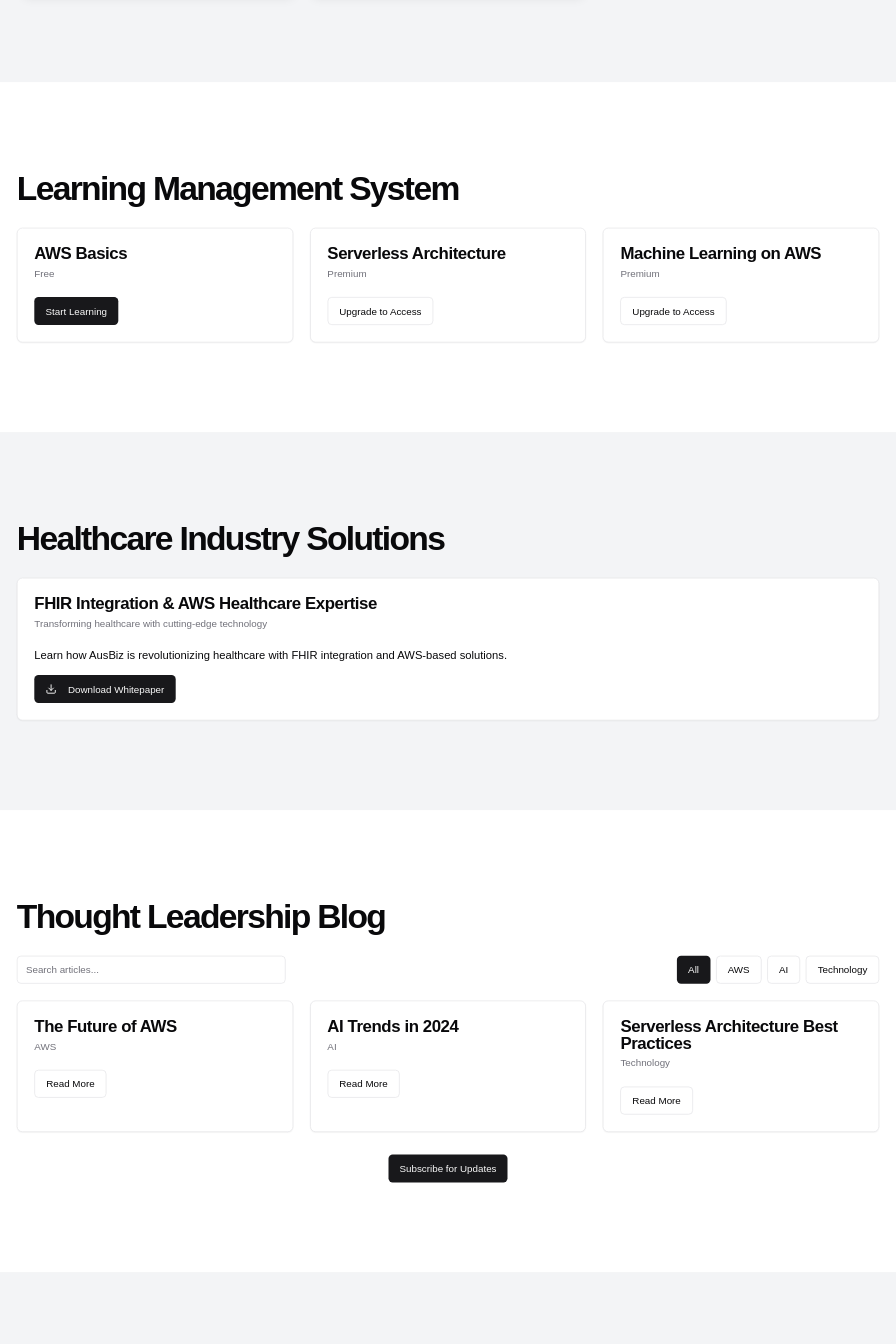
Repository: DiwanMalla/ausbizdemo1
Page: /
An editor plug-in stored every save of this project. The page is shown before and after the next save, followed by the edit.
The browser window is 1280 px wide. The pictures show the part of the page from y = 2396 to 4316 px (the page is 5745 px tall before and 5749 px after), at 70% of full size.
The project was rebuilt for these pictures with package versions that can differ from the ones it lists, and the page was loaded fresh each time. The framework's server and built-in components were replaced by stand-ins that run in the browser. Also part of the build but not shown: next.config.ts.

Above is the page before, as saved 2024-11-09 18:41:00.

### components/ui/button.tsx
import * as React from "react"
import { Slot } from "@radix-ui/react-slot"
import { cva, type VariantProps } from "class-variance-authority"

import { cn } from "@/lib/utils"

const buttonVariants = cva(
  "inline-flex items-center justify-center gap-2 whitespace-nowrap rounded-md text-sm font-medium ring-offset-background transition-colors focus-visible:outline-none focus-visible:ring-2 focus-visible:ring-ring focus-visible:ring-offset-2 disabled:pointer-events-none disabled:opacity-50 [&_svg]:pointer-events-none [&_svg]:size-4 [&_svg]:shrink-0",
  {
    variants: {
      variant: {
        default: "bg-primary text-primary-foreground hover:bg-primary/90",
        destructive:
          "bg-destructive text-destructive-foreground hover:bg-destructive/90",
        outline:
          "border border-input bg-background hover:bg-accent hover:text-accent-foreground",
        secondary:
          "bg-secondary text-secondary-foreground hover:bg-secondary/80",
        ghost: "hover:bg-accent hover:text-accent-foreground",
        link: "text-primary underline-offset-4 hover:underline",
      },
      size: {
        default: "h-10 px-4 py-2",
        sm: "h-9 rounded-md px-3",
        lg: "h-11 rounded-md px-8",
        icon: "h-10 w-10",
      },
    },
    defaultVariants: {
      variant: "default",
      size: "default",
    },
  }
)

export interface ButtonProps
  extends React.ButtonHTMLAttributes<HTMLButtonElement>,
    VariantProps<typeof buttonVariants> {
  asChild?: boolean
}

const Button = React.forwardRef<HTMLButtonElement, ButtonProps>(
  ({ className, variant, size, asChild = false, ...props }, ref) => {
    const Comp = asChild ? Slot : "button"
    return (
      <Comp
        className={cn(buttonVariants({ variant, size, className }))}
        ref={ref}
        {...props}
      />
    )
  }
)
Button.displayName = "Button"

export { Button, buttonVariants }

### components/HeroSection.tsx
import { Button } from "@/components/ui/button";

export default function HeroSection() {
  return (
    <section className="w-full py-12 md:py-24 lg:py-32 xl:py-48">
      <div className="container px-4 md:px-6">
        <div className="flex flex-col items-center space-y-4 text-center">
          <div className="space-y-2">
            <h1 className="text-3xl font-bold tracking-tighter sm:text-4xl md:text-5xl lg:text-6xl/none">
              Generative AI and AWS Expertise
            </h1>
            <p className="mx-auto max-w-[700px] text-gray-500 md:text-xl dark:text-gray-400">
              Empowering businesses with cutting-edge technology solutions
            </p>
          </div>
          <div className="space-x-4">
            <Button>Contact Us</Button>
            <Button variant="outline">Learn More</Button>
          </div>
        </div>
      </div>
    </section>
  );
}

### components/Services.tsx
import {
  Card,
  CardContent,
  CardDescription,
  CardHeader,
  CardTitle,
} from "@/components/ui/card";
import {
  CloudIcon,
  CodeIcon,
  BrainIcon,
  DatabaseIcon,
  SmartphoneIcon,
} from "lucide-react";

const services = [
  {
    title: "Cloud Solutions",
    description: "Scalable and secure AWS cloud infrastructure",
    icon: CloudIcon,
  },
  {
    title: "Full-Stack Development",
    description: "End-to-end web and mobile app development",
    icon: CodeIcon,
  },
  {
    title: "AI Consulting",
    description: "Leverage AI to transform your business",
    icon: BrainIcon,
  },
  {
    title: "Data Engineering",
    description: "Streamlining your data pipelines and architectures",
    icon: DatabaseIcon,
  },
  {
    title: "Mobile Development",
    description: "Developing mobile apps for iOS and Android",
    icon: SmartphoneIcon,
  },
  // More services added...
];

export default function ServicesCarousel() {
  return (
    <section className="w-full py-12 md:py-24 lg:py-32 bg-gray-100 dark:bg-gray-800">
      <div className="container mx-auto px-6 md:px-8">
        <h2 className="text-3xl font-bold tracking-tight sm:text-4xl md:text-5xl mb-8 text-center text-foreground">
          Our Services
        </h2>
        <div className="relative">
          <div className="flex overflow-x-auto pb-10 hide-scroll-bar scroll-smooth px-6 lg:px-12 space-x-6">
            {services.map((service, index) => (
              <Card
                key={index}
                className="flex-none w-64 sm:w-80 lg:w-96 bg-white shadow-lg rounded-lg transition-all duration-300 transform hover:scale-105 hover:shadow-xl"
              >
                <CardHeader className="flex justify-center items-center p-6">
                  <service.icon className="w-14 h-14 text-indigo-600" />
                </CardHeader>
                <CardContent className="px-4 py-3">
                  <CardTitle className="text-lg font-semibold text-foreground">
                    {service.title}
                  </CardTitle>
                  <CardDescription className="text-sm text-foreground/70">
                    {service.description}
                  </CardDescription>
                </CardContent>
              </Card>
            ))}
          </div>
          <div className="absolute top-0 left-0 right-0 bottom-0 bg-gradient-to-r from-transparent via-transparent to-gray-100 pointer-events-none"></div>
        </div>
      </div>
    </section>
  );
}

### components/LMS.tsx
import {
  Card,
  CardContent,
  CardDescription,
  CardHeader,
  CardTitle,
} from "@/components/ui/card";
import { Button } from "@/components/ui/button";

const modules = [
  { title: "AWS Basics", free: true },
  { title: "Serverless Architecture", free: false },
  { title: "Machine Learning on AWS", free: false },
  // Add more modules...
];

export default function LMSSection() {
  return (
    <section className="w-full py-12 md:py-24 lg:py-32">
      <div className="container px-4 md:px-6">
        <h2 className="text-3xl font-bold tracking-tighter sm:text-4xl md:text-5xl mb-8">
          Learning Management System
        </h2>
        <div className="grid gap-6 sm:grid-cols-2 lg:grid-cols-3">
          {modules.map((module, index) => (
            <Card key={index}>
              <CardHeader>
                <CardTitle>{module.title}</CardTitle>
                <CardDescription>
                  {module.free ? "Free" : "Premium"}
                </CardDescription>
              </CardHeader>
              <CardContent>
                <Button variant={module.free ? "default" : "outline"}>
                  {module.free ? "Start Learning" : "Upgrade to Access"}
                </Button>
              </CardContent>
            </Card>
          ))}
        </div>
      </div>
    </section>
  );
}

### components/Healthcare.tsx
import {
  Card,
  CardContent,
  CardDescription,
  CardHeader,
  CardTitle,
} from "@/components/ui/card";
import { Button } from "@/components/ui/button";
import { DownloadIcon } from "lucide-react";

export default function IndustryCallouts() {
  return (
    <section className="w-full py-12 md:py-24 lg:py-32 bg-gray-100 dark:bg-gray-800">
      <div className="container px-4 md:px-6">
        <h2 className="text-3xl font-bold tracking-tighter sm:text-4xl md:text-5xl mb-8">
          Healthcare Industry Solutions
        </h2>
        <Card>
          <CardHeader>
            <CardTitle>FHIR Integration & AWS Healthcare Expertise</CardTitle>
            <CardDescription>
              Transforming healthcare with cutting-edge technology
            </CardDescription>
          </CardHeader>
          <CardContent>
            <p className="mb-4">
              Learn how AusBiz is revolutionizing healthcare with FHIR
              integration and AWS-based solutions.
            </p>
            <Button>
              <DownloadIcon className="mr-2 h-4 w-4" /> Download Whitepaper
            </Button>
          </CardContent>
        </Card>
      </div>
    </section>
  );
}

### components/Blog.tsx
import { useState } from "react";
import {
  Card,
  CardContent,
  CardDescription,
  CardHeader,
  CardTitle,
} from "@/components/ui/card";
import { Input } from "@/components/ui/input";
import { Button } from "@/components/ui/button";

const blogPosts = [
  { title: "The Future of AWS", category: "AWS" },
  { title: "AI Trends in 2024", category: "AI" },
  { title: "Serverless Architecture Best Practices", category: "Technology" },
  // Add more blog posts...
];

export default function BlogSection() {
  const [searchTerm, setSearchTerm] = useState("");
  const [selectedCategory, setSelectedCategory] = useState("All");

  const filteredPosts = blogPosts.filter(
    (post) =>
      post.title.toLowerCase().includes(searchTerm.toLowerCase()) &&
      (selectedCategory === "All" || post.category === selectedCategory)
  );

  return (
    <section className="w-full py-12 md:py-24 lg:py-32">
      <div className="container px-4 md:px-6">
        <h2 className="text-3xl font-bold tracking-tighter sm:text-4xl md:text-5xl mb-8">
          Thought Leadership Blog
        </h2>
        <div className="flex justify-between mb-6">
          <Input
            type="search"
            placeholder="Search articles..."
            className="max-w-sm"
            value={searchTerm}
            onChange={(e) => setSearchTerm(e.target.value)}
          />
          <div className="space-x-2">
            {["All", "AWS", "AI", "Technology"].map((category) => (
              <Button
                key={category}
                variant={selectedCategory === category ? "default" : "outline"}
                onClick={() => setSelectedCategory(category)}
              >
                {category}
              </Button>
            ))}
          </div>
        </div>
        <div className="grid gap-6 sm:grid-cols-2 lg:grid-cols-3">
          {filteredPosts.map((post, index) => (
            <Card key={index}>
              <CardHeader>
                <CardTitle>{post.title}</CardTitle>
                <CardDescription>{post.category}</CardDescription>
              </CardHeader>
              <CardContent>
                <Button variant="outline">Read More</Button>
              </CardContent>
            </Card>
          ))}
        </div>
        <div className="mt-8 text-center">
          <Button>Subscribe for Updates</Button>
        </div>
      </div>
    </section>
  );
}

### components/CorporateTraining.tsx
import {
  Card,
  CardContent,
  CardDescription,
  CardHeader,
  CardTitle,
} from "@/components/ui/card";
import { Input } from "@/components/ui/input";
import { Textarea } from "@/components/ui/textarea";
import { Button } from "@/components/ui/button";
import {
  Select,
  SelectContent,
  SelectItem,
  SelectTrigger,
  SelectValue,
} from "@/components/ui/select";

export default function CorporateTraining() {
  return (
    <section className="w-full py-12 md:py-24 lg:py-32 bg-gray-100 dark:bg-gray-800">
      <div className="container px-4 md:px-6">
        <h2 className="text-3xl font-bold tracking-tighter sm:text-4xl md:text-5xl mb-8">
          Corporate Training
        </h2>
        <Card>
          <CardHeader>
            <CardTitle>Request Customized Training</CardTitle>
            <CardDescription>
              Tailor our training programs to your company's needs
            </CardDescription>
          </CardHeader>
          <CardContent>
            <form className="space-y-4">
              <Input placeholder="Company Name" />
              <Input placeholder="Contact Person" />
              <Input type="email" placeholder="Email" />
              <Select>
                <SelectTrigger>
                  <SelectValue placeholder="Training Format" />
                </SelectTrigger>
                <SelectContent>
                  <SelectItem value="in-person">In-Person</SelectItem>
                  <SelectItem value="remote">Remote</SelectItem>
                </SelectContent>
              </Select>
              <Textarea placeholder="Specific Requirements" />
              <Button type="submit">Submit Request</Button>
            </form>
          </CardContent>
        </Card>
      </div>
    </section>
  );
}

### components/Event.tsx
import {
  Card,
  CardContent,
  CardDescription,
  CardHeader,
  CardTitle,
} from "@/components/ui/card";
import { Button } from "@/components/ui/button";
import { CalendarIcon } from "lucide-react";

const events = [
  { title: "Create an AWS Account", date: "2024-06-15", time: "14:00" },
  { title: "First Lambda Function", date: "2024-06-22", time: "15:30" },
  // Add more events...
];

export default function EventSection() {
  return (
    <section className="w-full py-12 md:py-24 lg:py-32">
      <div className="container px-4 md:px-6">
        <h2 className="text-3xl font-bold tracking-tighter sm:text-4xl md:text-5xl mb-8">
          Upcoming Free Sessions
        </h2>
        <div className="grid gap-6 sm:grid-cols-2 lg:grid-cols-3">
          {events.map((event, index) => (
            <Card key={index}>
              <CardHeader>
                <CardTitle>{event.title}</CardTitle>
                <CardDescription>
                  <CalendarIcon className="inline-block mr-2" />
                  {new Date(`${event.date}T${event.time}`).toLocaleString()}
                </CardDescription>
              </CardHeader>
              <CardContent>
                <Button>Register</Button>
              </CardContent>
            </Card>
          ))}
        </div>
      </div>
    </section>
  );
}

### components/Footer.tsx
import { Button } from "@/components/ui/button";
import {
  FacebookIcon,
  TwitterIcon,
  LinkedinIcon,
  MoonIcon,
  SunIcon,
} from "lucide-react";

export default function Footer({ isDarkMode, toggleDarkMode }) {
  return (
    <footer className="w-full py-6 bg-gray-100 dark:bg-gray-800">
      <div className="container px-4 md:px-6">
        <div className="grid gap-8 sm:grid-cols-2 md:grid-cols-4">
          <div>
            <h3 className="text-lg font-semibold mb-2">About AusBiz</h3>
            <p className="text-sm">
              Empowering businesses with cutting-edge technology solutions
            </p>
          </div>
          <div>
            <h3 className="text-lg font-semibold mb-2">Contact</h3>
            <p className="text-sm">info@ausbiz.com</p>
            <p className="text-sm">+1 (555) 123-4567</p>
          </div>
          <div>
            <h3 className="text-lg font-semibold mb-2">Legal</h3>
            <ul className="space-y-1">
              <li>
                <a href="#" className="text-sm hover:underline">
                  Privacy Policy
                </a>
              </li>
              <li>
                <a href="#" className="text-sm hover:underline">
                  Terms of Service
                </a>
              </li>
            </ul>
          </div>
          <div>
            <h3 className="text-lg font-semibold mb-2">Follow Us</h3>
            <div className="flex space-x-4">
              <a href="#" aria-label="Facebook">
                <FacebookIcon className="w-6 h-6" />
              </a>
              <a href="#" aria-label="Twitter">
                <TwitterIcon className="w-6 h-6" />
              </a>
              <a href="#" aria-label="LinkedIn">
                <LinkedinIcon className="w-6 h-6" />
              </a>
            </div>
          </div>
        </div>
        <div className="mt-8 flex justify-between items-center">
          <p className="text-sm">&copy; 2024 AusBiz. All rights reserved.</p>
          <Button variant="outline" size="icon" onClick={toggleDarkMode}>
            {isDarkMode ? (
              <SunIcon className="h-[1.2rem] w-[1.2rem]" />
            ) : (
              <MoonIcon className="h-[1.2rem] w-[1.2rem]" />
            )}
            <span className="sr-only">Toggle theme</span>
          </Button>
        </div>
      </div>
    </footer>
  );
}

### components/ui/card.tsx
import * as React from "react"

import { cn } from "@/lib/utils"

const Card = React.forwardRef<
  HTMLDivElement,
  React.HTMLAttributes<HTMLDivElement>
>(({ className, ...props }, ref) => (
  <div
    ref={ref}
    className={cn(
      "rounded-lg border bg-card text-card-foreground shadow-sm",
      className
    )}
    {...props}
  />
))
Card.displayName = "Card"

const CardHeader = React.forwardRef<
  HTMLDivElement,
  React.HTMLAttributes<HTMLDivElement>
>(({ className, ...props }, ref) => (
  <div
    ref={ref}
    className={cn("flex flex-col space-y-1.5 p-6", className)}
    {...props}
  />
))
CardHeader.displayName = "CardHeader"

const CardTitle = React.forwardRef<
  HTMLDivElement,
  React.HTMLAttributes<HTMLDivElement>
>(({ className, ...props }, ref) => (
  <div
    ref={ref}
    className={cn(
      "text-2xl font-semibold leading-none tracking-tight",
      className
    )}
    {...props}
  />
))
CardTitle.displayName = "CardTitle"

const CardDescription = React.forwardRef<
  HTMLDivElement,
  React.HTMLAttributes<HTMLDivElement>
>(({ className, ...props }, ref) => (
  <div
    ref={ref}
    className={cn("text-sm text-muted-foreground", className)}
    {...props}
  />
))
CardDescription.displayName = "CardDescription"

const CardContent = React.forwardRef<
  HTMLDivElement,
  React.HTMLAttributes<HTMLDivElement>
>(({ className, ...props }, ref) => (
  <div ref={ref} className={cn("p-6 pt-0", className)} {...props} />
))
CardContent.displayName = "CardContent"

const CardFooter = React.forwardRef<
  HTMLDivElement,
  React.HTMLAttributes<HTMLDivElement>
>(({ className, ...props }, ref) => (
  <div
    ref={ref}
    className={cn("flex items-center p-6 pt-0", className)}
    {...props}
  />
))
CardFooter.displayName = "CardFooter"

export { Card, CardHeader, CardFooter, CardTitle, CardDescription, CardContent }

### components/ui/input.tsx
import * as React from "react"

import { cn } from "@/lib/utils"

const Input = React.forwardRef<HTMLInputElement, React.ComponentProps<"input">>(
  ({ className, type, ...props }, ref) => {
    return (
      <input
        type={type}
        className={cn(
          "flex h-10 w-full rounded-md border border-input bg-background px-3 py-2 text-base ring-offset-background file:border-0 file:bg-transparent file:text-sm file:font-medium file:text-foreground placeholder:text-muted-foreground focus-visible:outline-none focus-visible:ring-2 focus-visible:ring-ring focus-visible:ring-offset-2 disabled:cursor-not-allowed disabled:opacity-50 md:text-sm",
          className
        )}
        ref={ref}
        {...props}
      />
    )
  }
)
Input.displayName = "Input"

export { Input }

Loaded but not shown: app/layout.tsx (common file); app/globals.css (common file); lib/utils.ts (common file); components/ui/textarea.tsx (common file); tailwind.config.ts (common file); components/ui/select.tsx (160 lines, source omitted); app/page.tsx (145 lines, source omitted); components/Bootcamp.tsx (108 lines, source omitted); components/ClientProject.tsx (75 lines, source omitted)

After the next save:
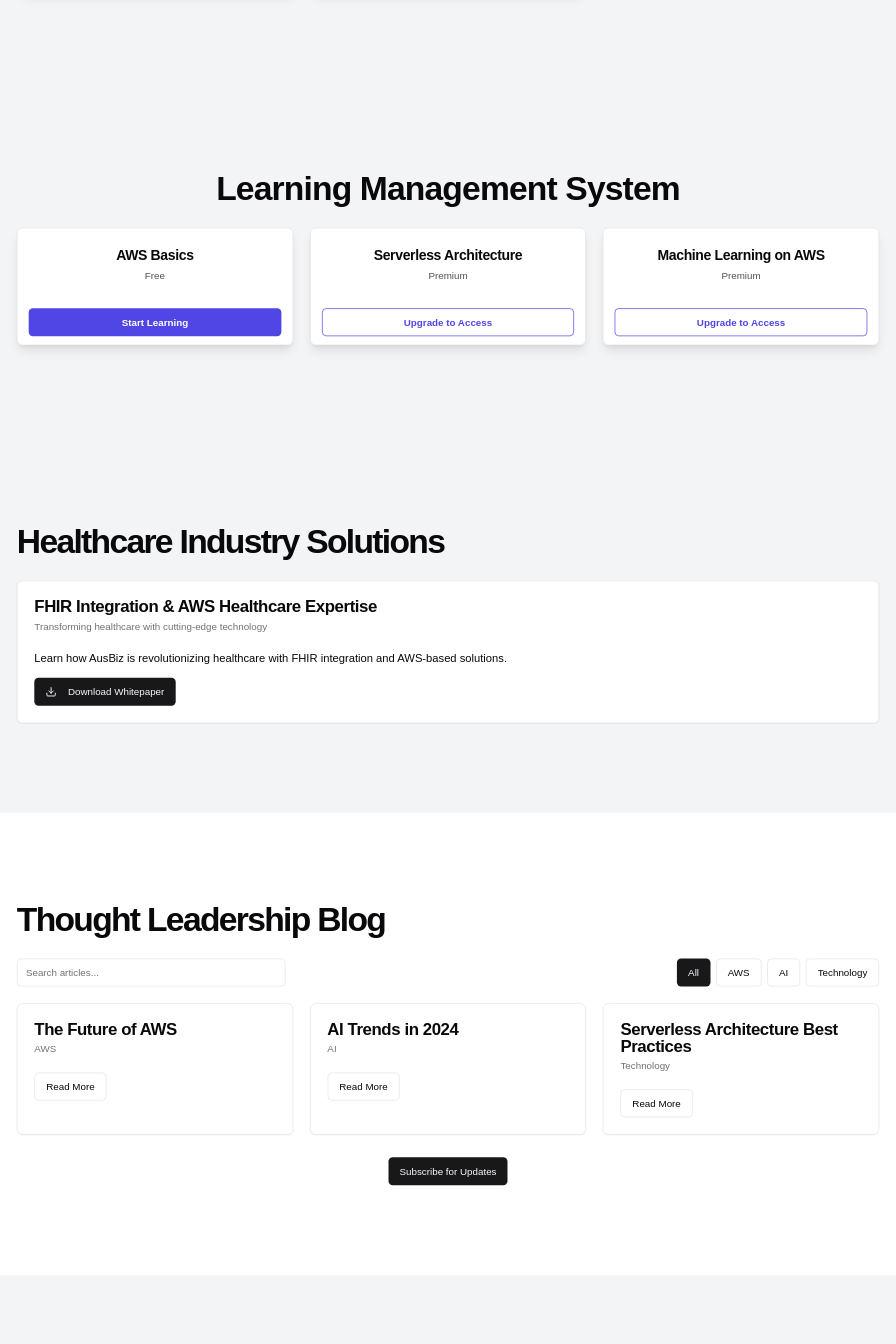
Saved 95 s later.
--- a/components/LMS.tsx
+++ b/components/LMS.tsx
@@ -1,3 +1,4 @@
+import { Button } from "@/components/ui/button";
 import {
   Card,
   CardContent,
@@ -5,7 +6,6 @@
   CardHeader,
   CardTitle,
 } from "@/components/ui/card";
-import { Button } from "@/components/ui/button";
 
 const modules = [
   { title: "AWS Basics", free: true },
@@ -16,22 +16,34 @@
 
 export default function LMSSection() {
   return (
-    <section className="w-full py-12 md:py-24 lg:py-32">
+    <section className="w-full py-12 md:py-24 lg:py-32 bg-gray-100 dark:bg-gray-800">
       <div className="container px-4 md:px-6">
-        <h2 className="text-3xl font-bold tracking-tighter sm:text-4xl md:text-5xl mb-8">
+        <h2 className="text-3xl font-bold tracking-tight sm:text-4xl md:text-5xl mb-8 text-center text-foreground">
           Learning Management System
         </h2>
         <div className="grid gap-6 sm:grid-cols-2 lg:grid-cols-3">
           {modules.map((module, index) => (
-            <Card key={index}>
-              <CardHeader>
-                <CardTitle>{module.title}</CardTitle>
-                <CardDescription>
+            <Card
+              key={index}
+              className="cursor-pointer rounded-lg bg-white shadow-lg hover:shadow-xl transition-all duration-300 transform hover:scale-105"
+            >
+              <CardHeader className="p-6 text-center">
+                <CardTitle className="text-xl font-semibold">
+                  {module.title}
+                </CardTitle>
+                <CardDescription className="text-sm text-foreground/70">
                   {module.free ? "Free" : "Premium"}
                 </CardDescription>
               </CardHeader>
-              <CardContent>
-                <Button variant={module.free ? "default" : "outline"}>
+              <CardContent className="px-4 py-3 flex justify-center">
+                <Button
+                  variant={module.free ? "default" : "outline"}
+                  className={`${
+                    module.free
+                      ? "bg-indigo-600 text-white hover:bg-indigo-700"
+                      : "border-indigo-600 text-indigo-600 hover:bg-indigo-50"
+                  } w-full py-2 px-4 text-sm font-semibold transition-all duration-200`}
+                >
                   {module.free ? "Start Learning" : "Upgrade to Access"}
                 </Button>
               </CardContent>
